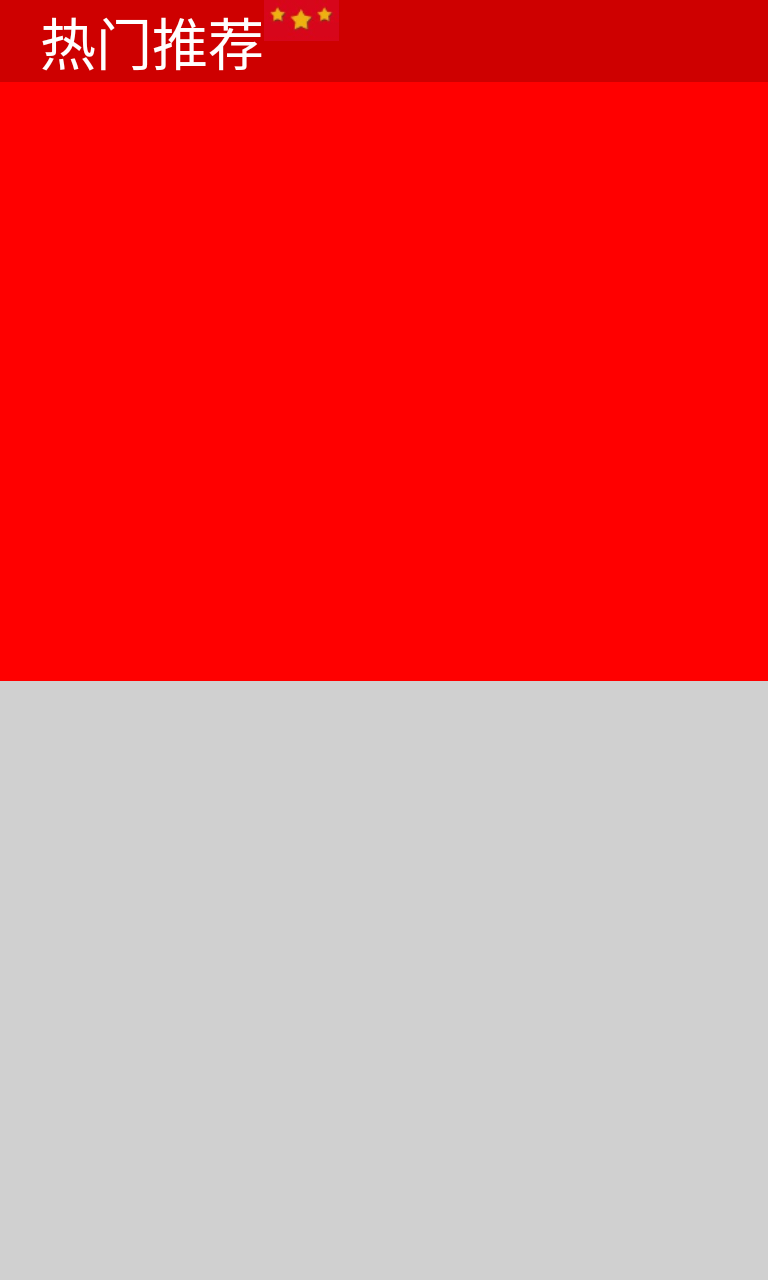
Repository: hhxiaojQCS/QCS_ListView
Layout: QCS/res/layout/activity_filter.xml
The author's editor kept a copy of each file at every save. The layout is drawn from the files as they stood at one save, then again after the next save.
It is drawn on a 768 x 1280 px phone screen (xhdpi) without system bars, with theme AppTheme; the app's code is not run. Lists and similar views that code fills are empty.

Above is the layout before, as saved 2013-08-07 07:48:00.

### QCS/res/layout/activity_filter.xml
<?xml version="1.0" encoding="utf-8"?>
<LinearLayout xmlns:android="http://schemas.android.com/apk/res/android"
    android:id="@+id/lilay01"
    android:layout_width="fill_parent"
    android:layout_height="fill_parent"
    android:background="#d0d0d0"
    android:orientation="vertical" >

       <LinearLayout
            android:layout_width="fill_parent"
            android:layout_height="wrap_content"
            android:background="#CE0000"
            android:gravity="left"
            android:orientation="horizontal"
            android:paddingLeft="20dip" >

            <TextView
                android:id="@+id/tv_01"
                android:layout_width="wrap_content"
                android:layout_height="wrap_content"
                android:text="热门推荐"
                android:textColor="#FFFFFF"
                android:textSize="28sp" />

            <ImageView
                android:id="@+id/imgv01"
                android:layout_width="wrap_content"
                android:layout_height="wrap_content"
                android:src="@drawable/xx" />
        </LinearLayout>

    <LinearLayout
        android:id="@+id/lilay_filter_01"
        android:layout_width="match_parent"
        android:layout_height="match_parent"
        android:layout_weight="4"
        android:background="#FF0000"
        android:orientation="vertical" >
    </LinearLayout>

    <LinearLayout
        android:id="@+id/lilay_filter_02"
        android:layout_width="match_parent"
        android:layout_height="match_parent"
        android:layout_weight="4"
        android:orientation="vertical" >



        <ListView
            android:id="@+id/lv01"
            android:layout_width="wrap_content"
            android:layout_height="wrap_content" />
    </LinearLayout>

</LinearLayout>

Loaded but not shown: QCS/res/values/styles.xml (common file); QCS/res/values-v11/styles.xml (common file); QCS/res/values-v14/styles.xml (common file)

After the next save:
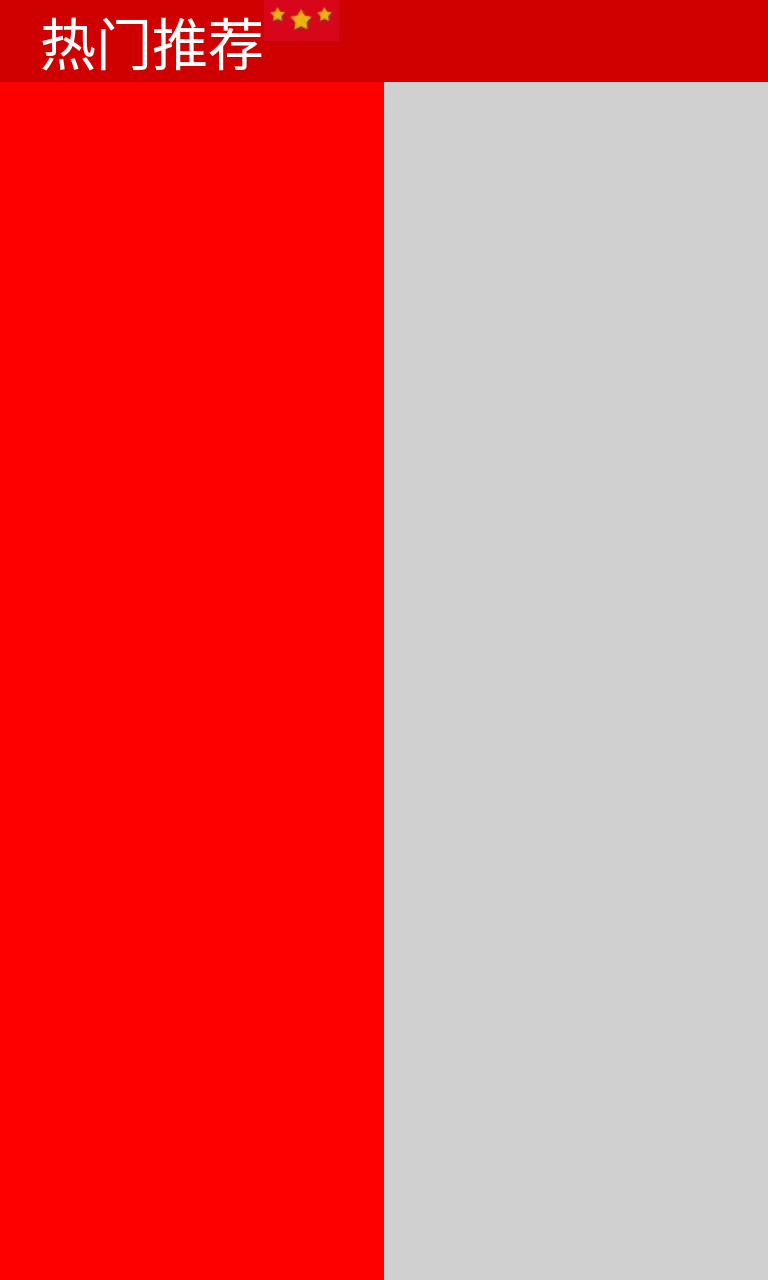
Saved 49 s later.
--- a/QCS/res/layout/activity_filter.xml
+++ b/QCS/res/layout/activity_filter.xml
@@ -28,9 +28,15 @@
                 android:layout_height="wrap_content"
                 android:src="@drawable/xx" />
         </LinearLayout>
+    <LinearLayout
+        android:id="@+id/lilay_filter_01"
+        android:layout_width="match_parent"
+        android:layout_height="match_parent"
+
+        android:orientation="horizontal" >
 
     <LinearLayout
-        android:id="@+id/lilay_filter_01"
+        android:id="@+id/lilay_filter_02"
         android:layout_width="match_parent"
         android:layout_height="match_parent"
         android:layout_weight="4"
@@ -39,7 +45,7 @@
     </LinearLayout>
 
     <LinearLayout
-        android:id="@+id/lilay_filter_02"
+        android:id="@+id/lilay_filter_03"
         android:layout_width="match_parent"
         android:layout_height="match_parent"
         android:layout_weight="4"
@@ -52,5 +58,6 @@
             android:layout_width="wrap_content"
             android:layout_height="wrap_content" />
     </LinearLayout>
+     </LinearLayout>
 
 </LinearLayout>
